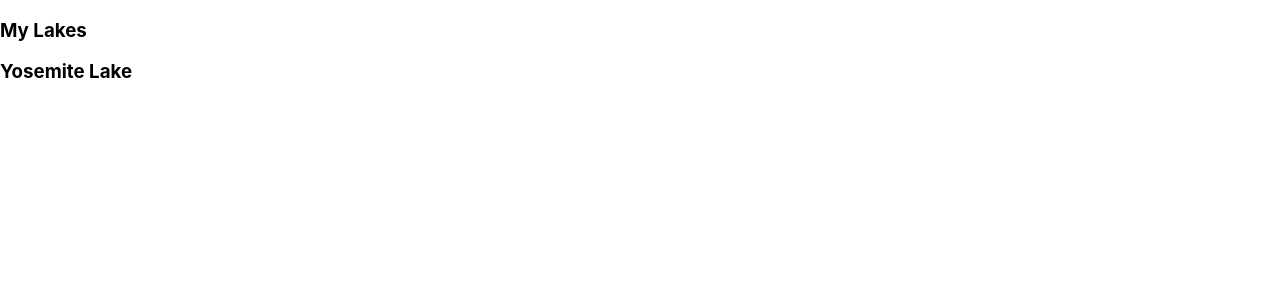
Repository: CaptainStorm21/intro-react-hooks
Page: /
These files come from the project's save history. The page is drawn as it stood at one moment and after the next save; the edit follows.
The browser window is 1280 px wide. The pictures show the whole page.
The project was rebuilt for these pictures with package versions that can differ from the ones it lists, and the page was loaded fresh each time.

Above is the page before, as saved 2020-05-25 22:05:36.

After the next save:
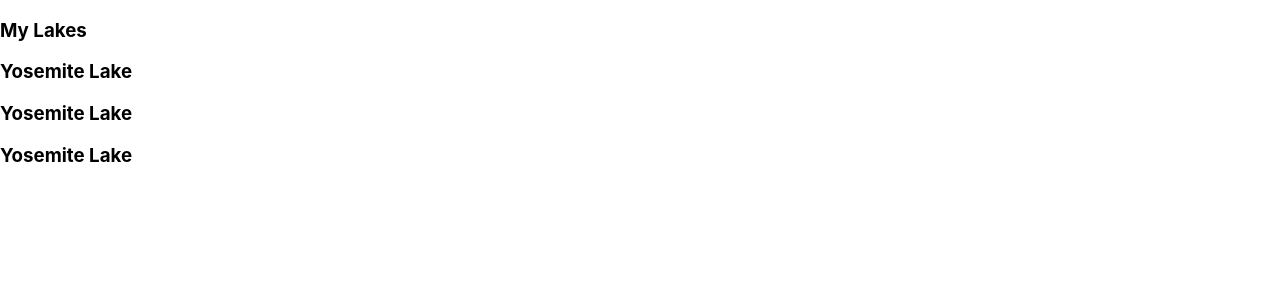
Saved 6 s later.
--- a/src/index.js
+++ b/src/index.js
@@ -11,10 +11,10 @@ function App() {
     <div>
       <h3>My Lakes</h3>
       <Lake name="Yosemite Lake" />
-
+      <Lake name="Yosemite Lake" />
+      <Lake name="Yosemite Lake" />
     </div>
-
-    )
+  );
 }
 
 
